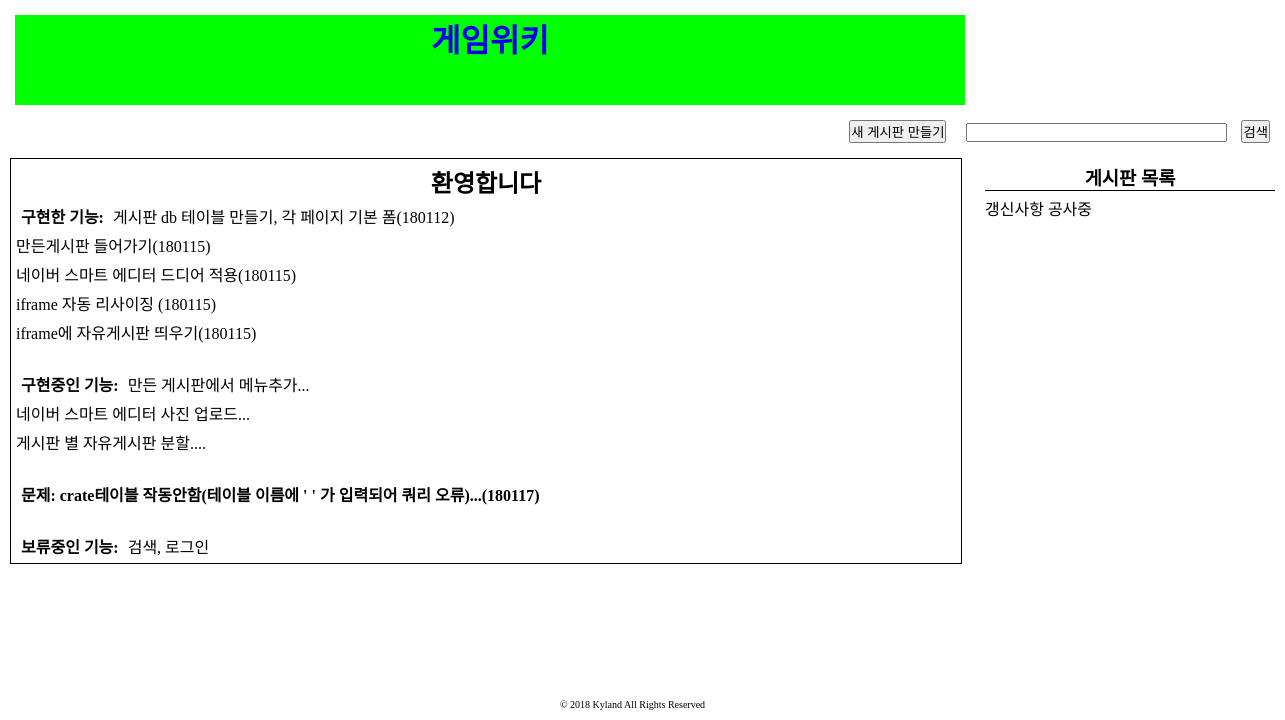
Repository: sithslord/GameWiki
Page: http://localhost/JSPBoard/MainPage/Main.jsp
The author's editor kept a copy of each file at every save. The page is drawn from the files as they stood at one save, then again after the next save.
The browser window is 1280 px wide. The page is 1285 px wide, so the pictures cover 1285 px, including what lies to the right of the window. The pictures show the whole page.
The page is served by Tomcat 9. Other server files are loaded and not shown.

Above is the page before, as saved 2018-01-17 06:22:29.

### ReWork/JSPBoard/WebContent/MainPage/Main.jsp
<%@ page language="java" contentType="text/html; charset=EUC-KR"
    pageEncoding="EUC-KR"%>
<%@ taglib prefix="c" uri="http://java.sun.com/jsp/jstl/core" %>

<!DOCTYPE html PUBLIC "-//W3C//DTD HTML 4.01 Transitional//EN" "http://www.w3.org/TR/html4/loose.dtd">
<html>
<head>
<meta http-equiv="Content-Type" content="text/html; charset=EUC-KR">
<title>게임 위키</title>
<style type="text/css">

*{
	margin: 5px;
	padding: 0;
}

body{
	width: 1280px;
	margin: 0 auto;
}

#banner h1{
	background: lime;
	float: left;
	width: 950px;
	height: 90px;
	text-align: center;
}

#banner form{
	float: right;
}

#info{
	float: left;
	width: 950px;
	height: auto;
	border: 1px solid black;

}



#news{
	float: right;
	width: 300px;
	height: auto;
}

#news h3{
	border-bottom: 1px solid black;
}

#footer{

	position: absolute;
	bottom: 0;
	text-align: center !important;

}

#copyright{
	font-size: 10px;
	margin-left: 550px;
}

.hyper{
	link{text-decoration:none; color:black;}
	visitied{text-decoration:none; color:black;}
	action{text-decoration:none; color:black;}
	hover{text-decoration:none; color:black;}
}



</style>
</head>
<body>
	<div id="banner">
		<a class="hyper" href="main.do"><h1>게임위키</h1></a>

		<form action="search" method="post">
			<input type="text" name="srch" size="30">
			<input type="submit" value="검색">
		</form>

		<form action="makeboard.do" method="post">
			<input type="submit" value="새 게시판 만들기">
		</form>

	</div>

	<div id="info">
		<h2 align="center">환영합니다</h2>

		<p><strong>구현한 기능:</strong> 게시판 db 테이블 만들기, 각 페이지 기본 폼(180112)</p>
		<p>만든게시판 들어가기(180115)</p>
		<p>네이버 스마트 에디터 드디어 적용(180115)</p>
		<p>iframe 자동 리사이징 (180115)</p>
		<p>iframe에 자유게시판 띄우기(180115)</p>

		</br>
		<p><strong>구현중인 기능:</strong> 만든 게시판에서 메뉴추가...</p>
		<p>네이버 스마트 에디터 사진 업로드...</p>
		<p>게시판 별 자유게시판 분할....</p>
		</br>

		<p><strong>문제: crate테이블 작동안함(테이블 이름에 ' ' 가 입력되어 쿼리 오류)...(180117)</strong></p>
		</br>
		<p><strong>보류중인 기능:</strong> 검색, 로그인</p>


	</div>

	<div id="news">
		<h3 align="center">게시판 목록</h3>
		<c:forEach items="${news }" var="dto">
			<p><a href="board_view.do?bdId=${dto.bdId }">${dto.bdTitle }</a></p>
		</c:forEach>

		<p>갱신사항 공사중</p>
	</div>

	<div id="footer">


		<p id="copyright">&copy; 2018 Kyland All Rights Reserved </p>

	</div>



</body>
</html>

After the next save:
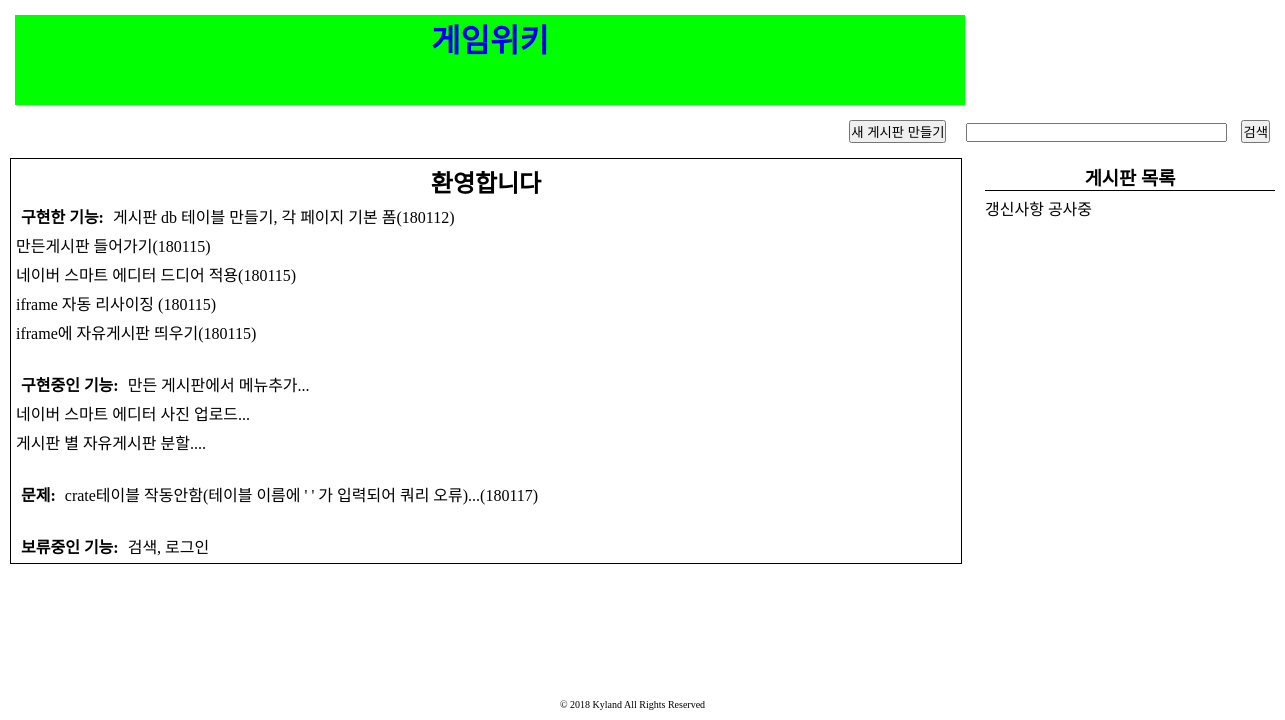
Saved 24 s later.
--- a/ReWork/JSPBoard/WebContent/MainPage/Main.jsp
+++ b/ReWork/JSPBoard/WebContent/MainPage/Main.jsp
@@ -105,7 +105,7 @@ body{
 		<p>게시판 별 자유게시판 분할....</p>
 		</br>
 
-		<p><strong>문제: crate테이블 작동안함(테이블 이름에 ' ' 가 입력되어 쿼리 오류)...(180117)</strong></p>
+		<p><strong>문제:</strong> crate테이블 작동안함(테이블 이름에 ' ' 가 입력되어 쿼리 오류)...(180117)</p>
 		</br>
 		<p><strong>보류중인 기능:</strong> 검색, 로그인</p>
 
